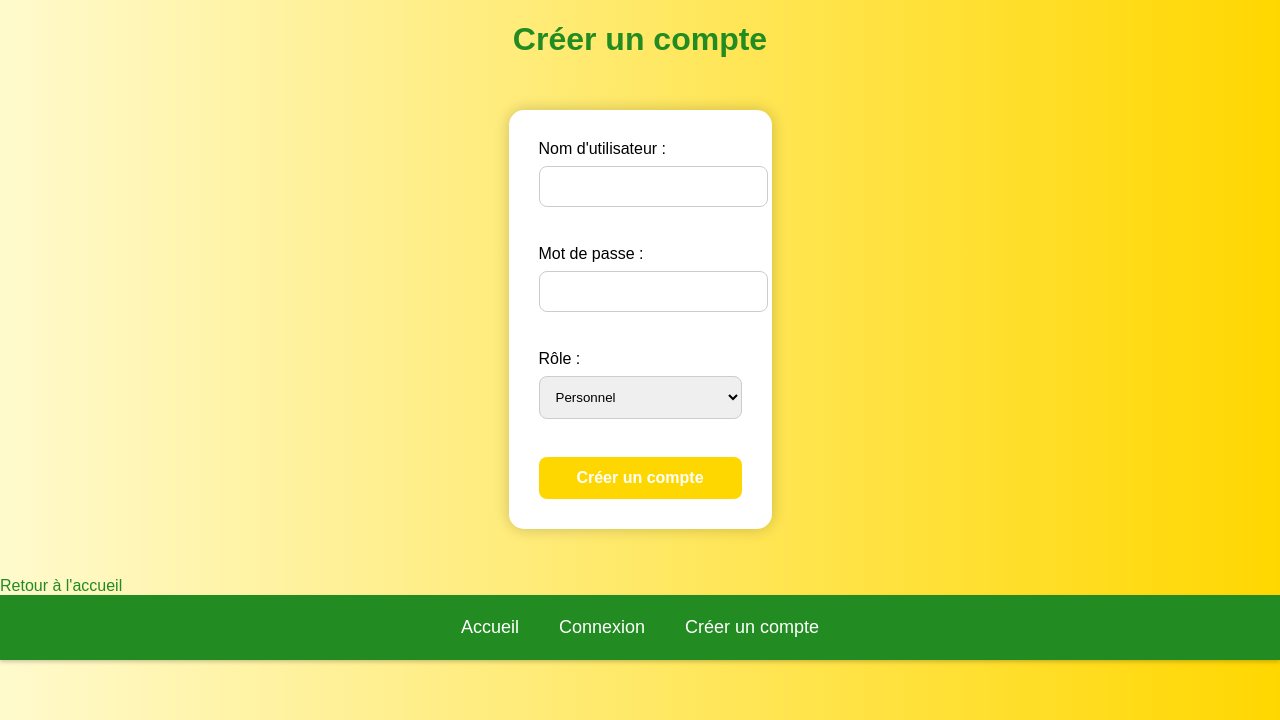
Repository: SouhailMar10/FOOD-MART
Page: http://localhost/register
The author's editor kept a copy of each file at every save. The page is drawn from the files as they stood at one save, then again after the next save.
The browser window is 1280 px wide. The pictures show the whole page.
The page is served by the project's application, run on Flask 3 (app.py).

Above is the page before, as saved 2025-04-27 01:05:23.

After the next save:
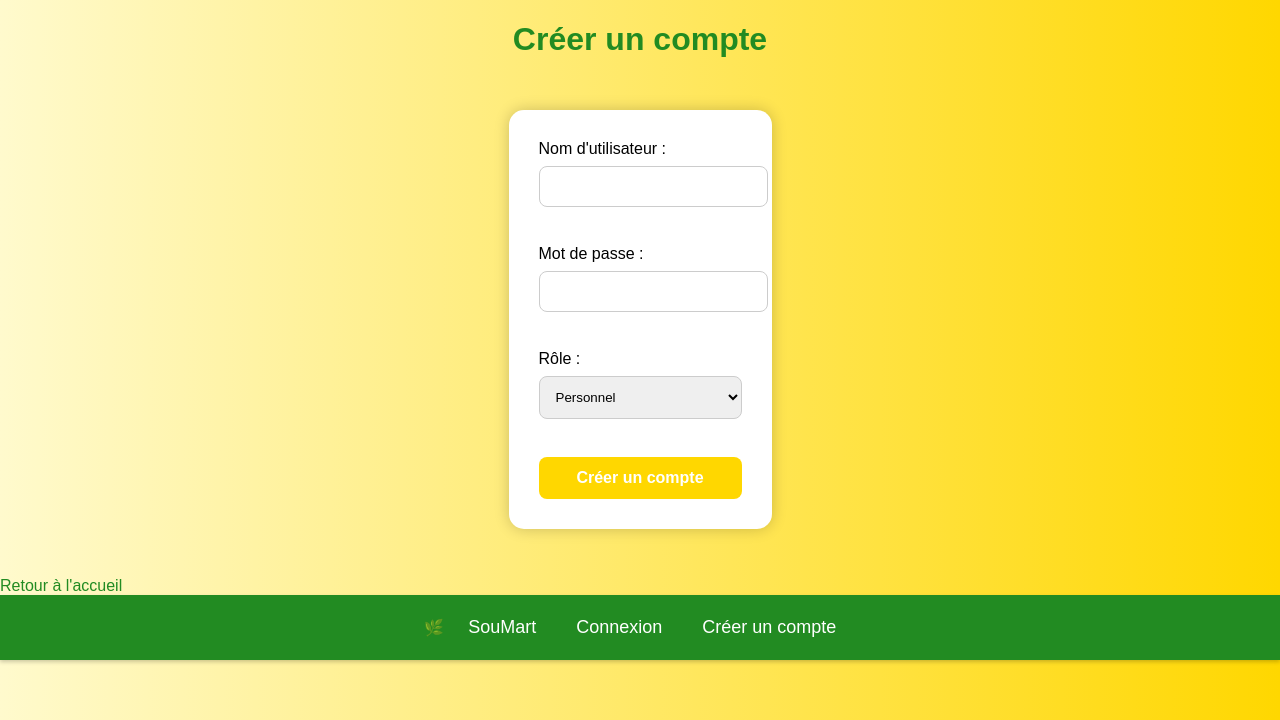
Saved 36 s later.
--- a/templates/register.html
+++ b/templates/register.html
@@ -42,7 +42,9 @@
 </body>
 <nav class="navbar">
   <div class="navbar-container">
-      <a href="/">Accueil</a>
+      <div class="navbar-brand">
+          🌿 <a href="/" class="brand-name">SouMart</a>
+      </div>
 
       {% if current_user.is_authenticated %}
           {% if current_user.role == 'Personnel' %}
@@ -59,4 +61,5 @@
 </nav>
 
 
+
 </html>
